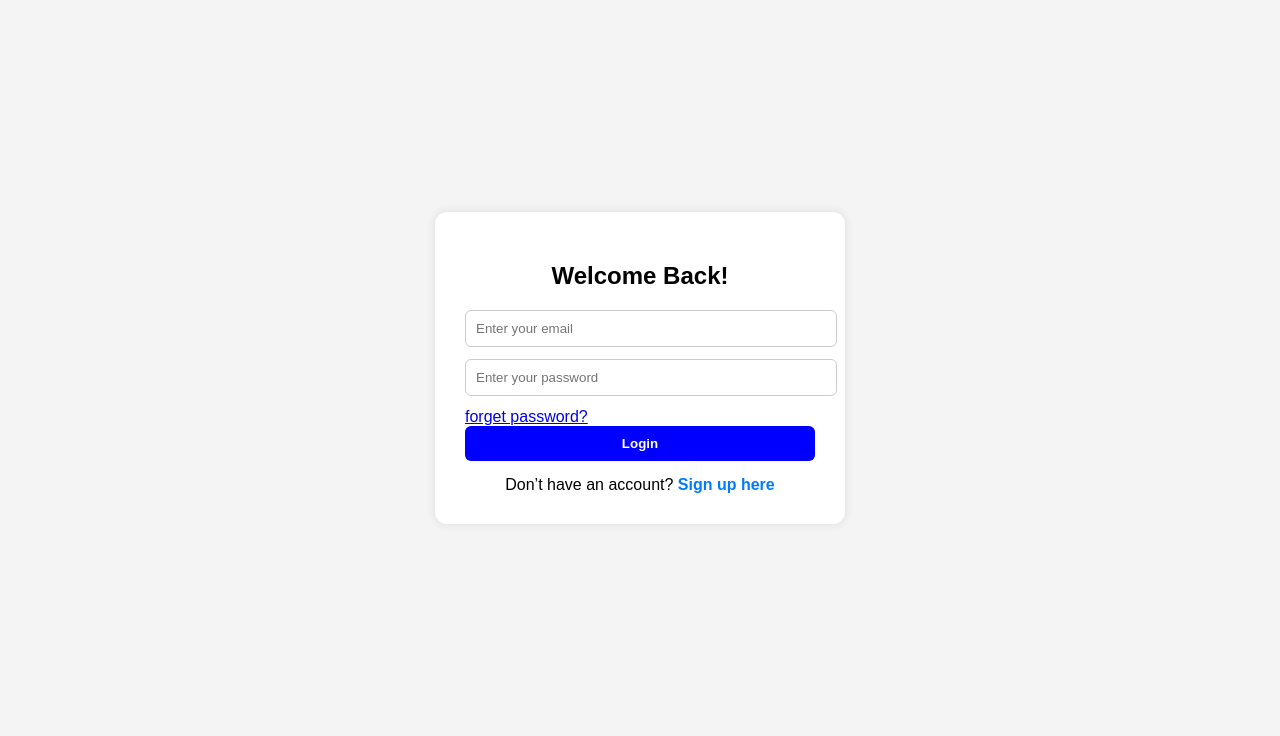
Repository: chennammal15saravanan/Super_Admin
Page: http://localhost/
The author's editor kept a copy of each file at every save. The page is drawn from the files as they stood at one save, then again after a run of saves.
The browser window is 1280 px wide. The pictures show the whole page.
The page is served by the project's application, run on Flask 3 (app.py).

Above is the page before, as saved 2025-06-13 17:33:05.

After the next 2 saves:
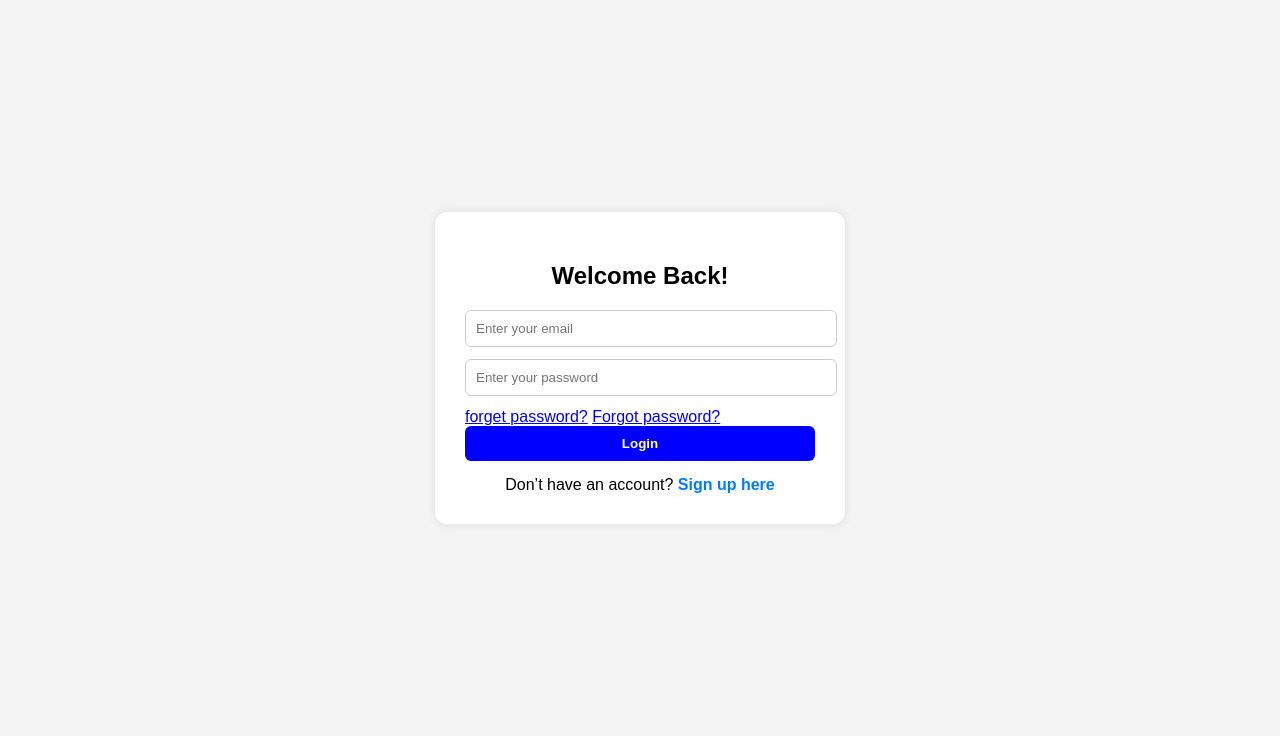
The 2 saves are shown as one change because they came seconds apart.
The last was saved 17 h 41 min later.
--- a/templates/loginsignup.html
+++ b/templates/loginsignup.html
@@ -15,6 +15,8 @@
       <input type="email" id="login-email" placeholder="Enter your email" required />
       <input type="password" id="login-password" placeholder="Enter your password" required />
       <a hreflang="en" href="#" class  ="forget-password">forget password?</a>
+      <a href="/forgot-password" class="forget-password">Forgot password?</a>
+
       <button type="submit">Login</button>
       <div class="toggle-text">
         Don’t have an account? <a onclick="showSignUp()">Sign up here</a>
